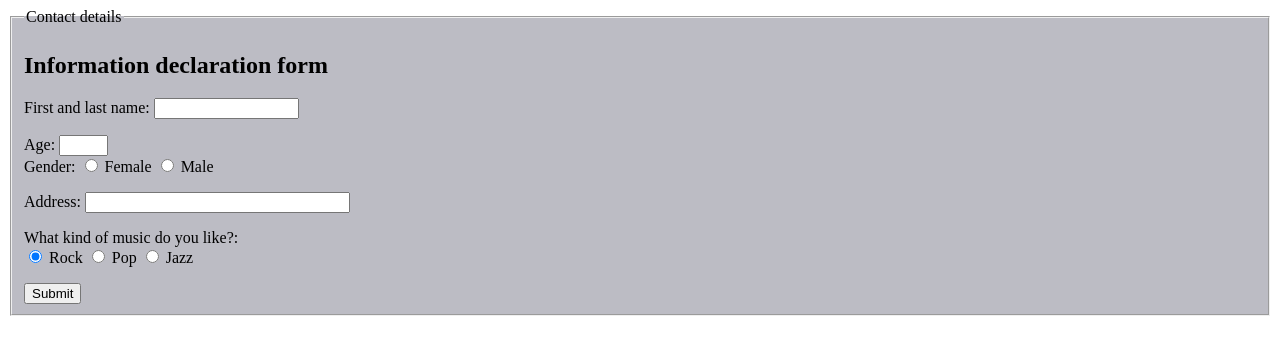
Repository: Helianthusss/Learn-CPP
Page: HTML/btvn22/bai1/bieumau.html
These files come from the project's save history. The page is drawn as it stood at one moment and after the next save; the edit follows.
The browser window is 1280 px wide. The pictures show the whole page.

Above is the page before, as saved 2021-09-22 13:55:01.

After the next save:
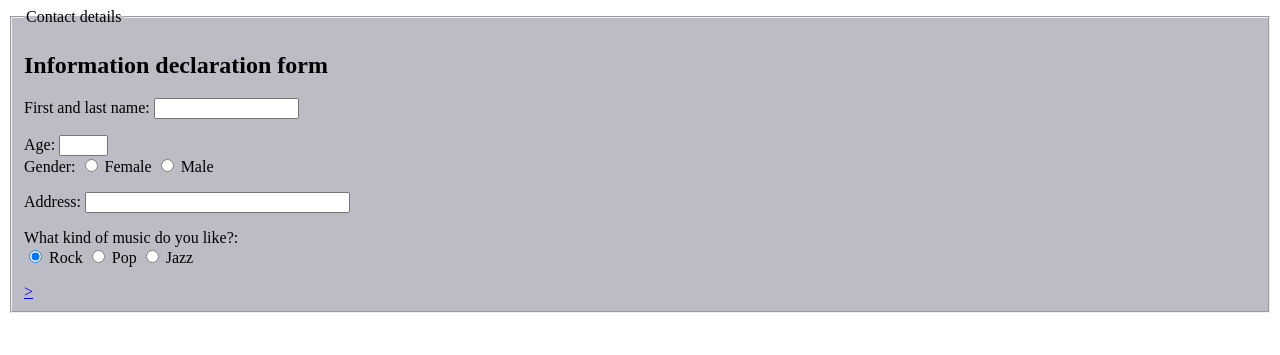
Saved 70 s later.
--- a/HTML/btvn22/bai1/bieumau.html
+++ b/HTML/btvn22/bai1/bieumau.html
@@ -8,11 +8,6 @@
     <style type="text/css">
       fieldset {
         background-color: rgb(188, 188, 196);
-      }
-    </style>
-    <style>
-      .value {
-        justify-content: center;
       }
     </style>
   </head>
@@ -48,11 +43,9 @@
           Jazz
         </p>
       </form>
-      <div>
-        <a class="value" id="link" href="thanhcong.html">
+        <a  id="link" href="thanhcong.html"
           <input type="submit" value="Submit"
-        /></a>
-      </div>
+        /> ></a>
     </fieldset>
   </body>
 </html>

After the save that followed:
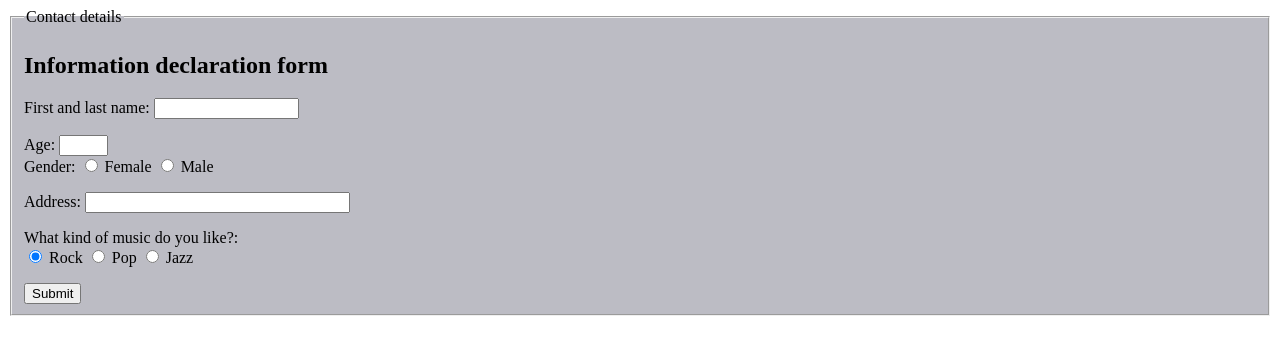
Saved 26 s later.
--- a/HTML/btvn22/bai1/bieumau.html
+++ b/HTML/btvn22/bai1/bieumau.html
@@ -43,9 +43,9 @@
           Jazz
         </p>
       </form>
-        <a  id="link" href="thanhcong.html"
+        <id  id="link" href="thanhcong.html">
           <input type="submit" value="Submit"
-        /> ></a>
+        /> </a>
     </fieldset>
   </body>
 </html>
